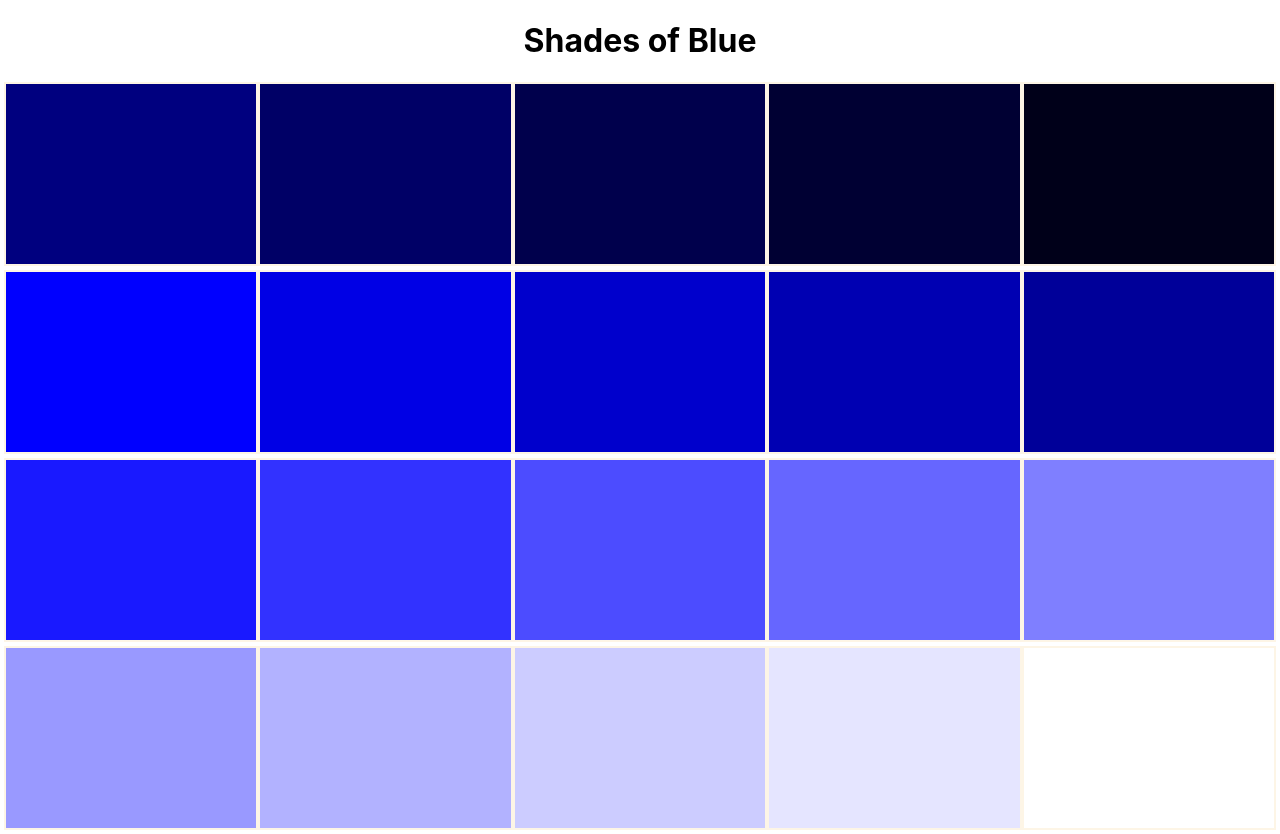
Repository: johnmutina/shades_of_blue
Page: /
These files come from the project's save history. The page is drawn as it stood at one moment and after the next save; the edit follows.
The browser window is 1280 px wide. The pictures show the whole page.
The project was rebuilt for these pictures with package versions that can differ from the ones it lists, and the page was loaded fresh each time.

Above is the page before, as saved 2019-06-22 15:15:29.

### src/App.js
import React from 'react';
import ColorBoxes from './ColorBoxes';
import './App.css';

function App() {
  return (
    <div className="App">
      <ColorBoxes />
    </div>
  );
}

export default App;

### src/ColorBoxes.js
import React, { Component } from 'react';
import ColorBox from './ColorBox';

class ColorBoxes extends Component {
    constructor(props){
        super(props);
        this.state = {

        }
        this.handleClick = this.handleClick.bind(this);
    }

    handleClick() {
        console.log("test");
    }

    render(){
        let colorArr = ["#00007f", "#000066", "#00004c", "#000033", "#000019", "#0000ff", "#0000e5", "#0000cc", "#0000b2", "#000099", "#1919ff", "#3232ff", "#4c4cff", "#6666ff", "#7f7fff", "#9999ff", "#b2b2ff", "#ccccff", "#e5e5ff", "#ffffff"];
        return (
            <div>
                <h1>Shades of Blue</h1>
                {colorArr.map(el => <ColorBox color={el} allColors={colorArr}/>)}
            </div>
        )
    }
}

export default ColorBoxes;

### src/ColorBox.js
import React, { Component } from 'react';
import './ColorBox.css';

class ColorBox extends Component {
    constructor(props){
        super(props);
        this.state = {
            color: this.props.color
        }
        this.handleClick = this.handleClick.bind(this);
        this.changeColor = this.changeColor.bind(this);
    }

    changeColor() {
        let newColors = this.props.allColors.filter(val => val !== this.props.color)
        let idx = Math.floor(Math.random() * newColors.length);
        this.setState({ color: newColors[idx] });
    }

    handleClick() {
        this.changeColor();
    }

    render(){
        return (
            <div className="ColorBox" style={{backgroundColor: this.state.color}} onClick={this.handleClick}></div>
        )
    }
}

export default ColorBox;

### src/ColorBox.css
.ColorBox {
    display: inline-block;
    color: white;
    width: 19.57%;
    height: 180px;
    /* padding-top: 80px; */
    border: 2px solid oldlace;
}

Loaded but not shown: public/index.html (common file); src/index.js (common file); src/index.css (common file); src/serviceWorker.js (common file); src/App.css (common file)

After the next save:
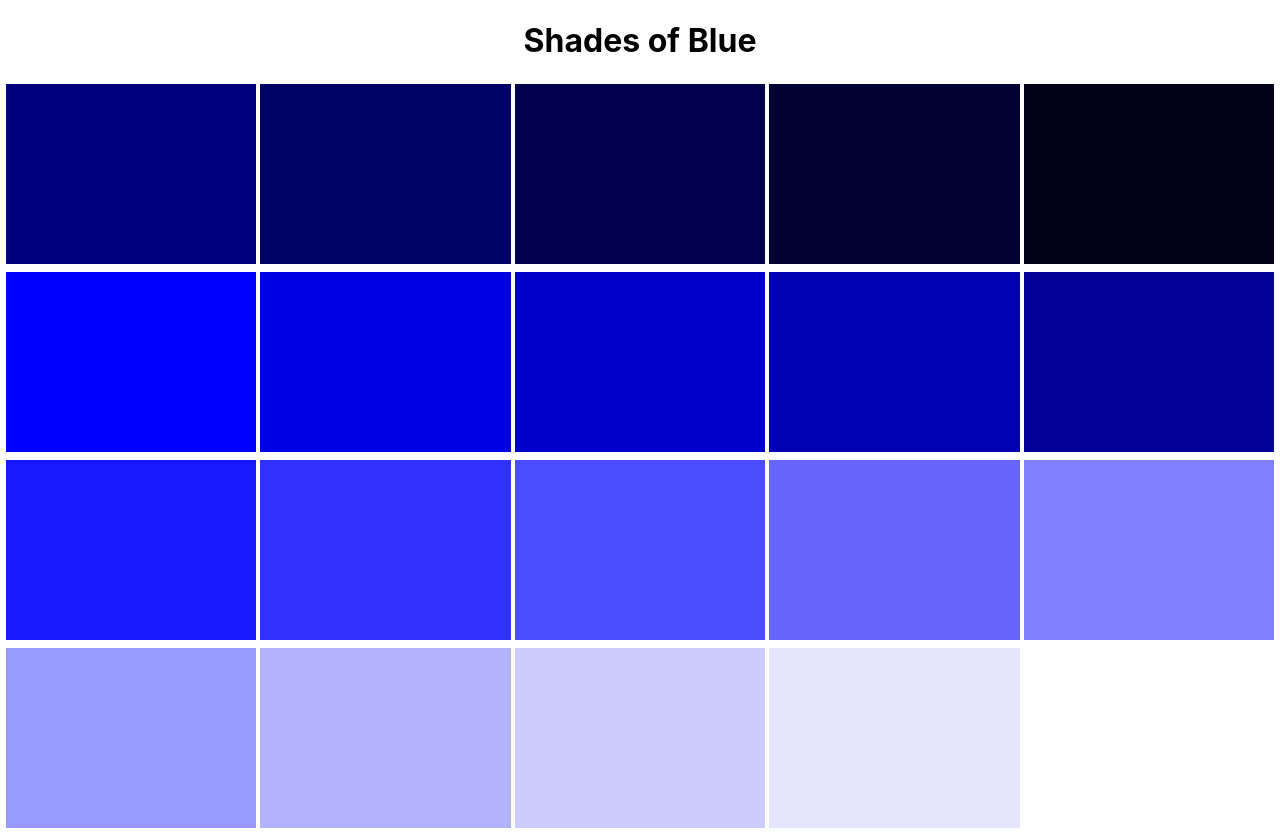
Saved 5 s later.
--- a/src/ColorBox.css
+++ b/src/ColorBox.css
@@ -4,5 +4,5 @@
     width: 19.57%;
     height: 180px;
     /* padding-top: 80px; */
-    border: 2px solid oldlace;
+    border: 2px solid white;
 }
